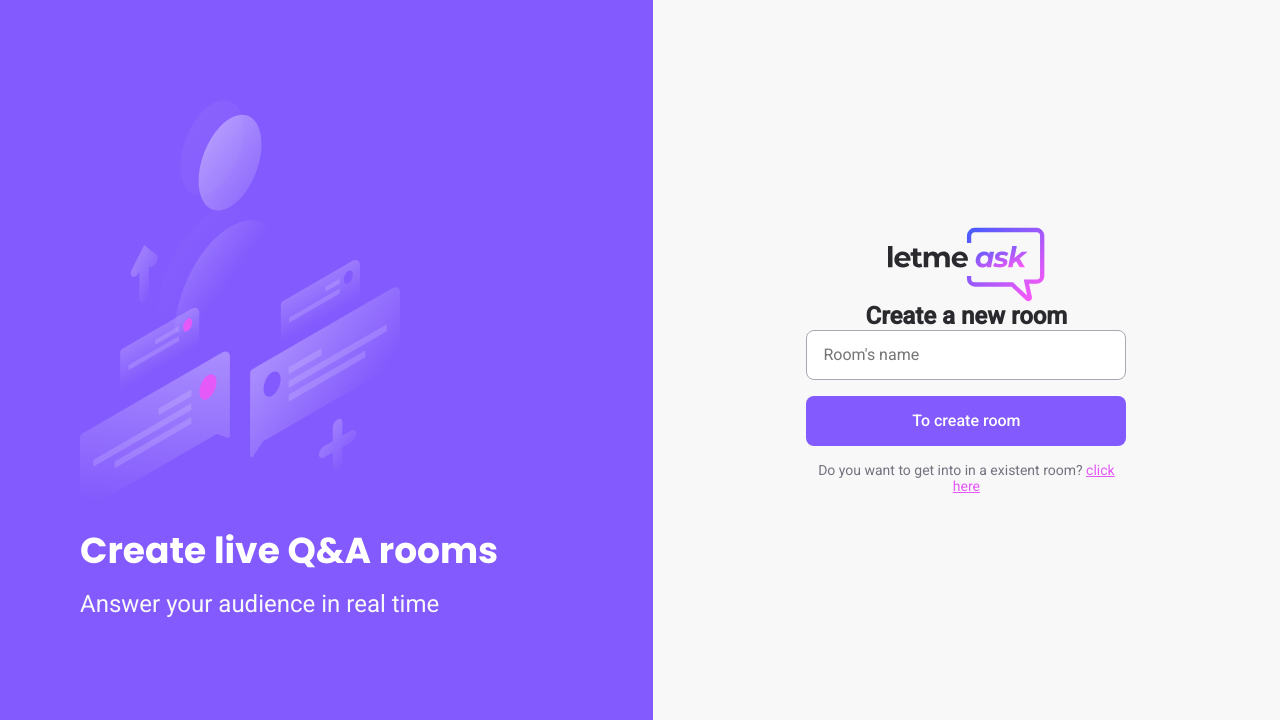
Repository: rickydomingos97/letmeask
Page: /
These files come from the project's save history. The page is drawn as it stood at one moment and after a run of saves; the edit follows.
The browser window is 1280 px wide. The pictures show the whole page.
The project was rebuilt for these pictures with package versions that can differ from the ones it lists, and the page was loaded fresh each time.

Above is the page before, as saved 2021-09-03 16:53:14.

### public/index.html
<!DOCTYPE html>
<html lang="en">
  <head>
    <meta charset="utf-8" />
    <meta name="viewport" content="width=device-width, initial-scale=1" />

    <link rel="preconnect" href="https://fonts.googleapis.com">
    <link rel="preconnect" href="https://fonts.gstatic.com" crossorigin>
    <link href="https://fonts.googleapis.com/css2?family=Poppins:wght@400;700&family=Roboto:wght@400;500&display=swap" rel="stylesheet">

    <title>LetMeAsk</title>
  </head>
  <body>
    <noscript>You need to enable JavaScript to run this app.</noscript>
    <div id="root"></div>
</html>

### src/index.tsx
import React from 'react';
import ReactDOM from 'react-dom';
import App from './App';

import './service/firebase';

import './styles/global.scss';

ReactDOM.render(
  <React.StrictMode>
    <App />
  </React.StrictMode>,
  document.getElementById('root')
);

### src/App.tsx
//import { Home } from './pages/Home';

import { NewRoom } from "./pages/NewRoom";

function App() {
  return (
   <NewRoom />
  );
}

export default App;

### src/service/firebase.ts
//import firebase from 'firebase/app';

import firebase from 'firebase/compat/app';
import 'firebase/compat/auth';
import 'firebase/compat/database';

import 'firebase/auth';
import 'firebase/database';

const firebaseConfig = {
  apiKey: process.env.REACT_APP_API_KEY,
  authDomain: process.env.REACT_APP_AUTH_DOMAIN,
  databaseURL: process.env.REACT_APP_DATABASE_URL,
  projectId: process.env.REACT_APP_PROJECT_ID,
  storageBucket: process.env.REACT_APP_STORAGE_BUCKET,
  messagingSenderId: process.env.REACT_APP_MESSAGING_SENDER_ID,
  appId: process.env.REACT_APP_APP_ID
};

firebase.initializeApp(firebaseConfig);

export const auth = firebase.auth();
export const database = firebase.database();

### src/styles/global.scss
* {
  margin: 0;
  padding: 0;
  box-sizing: border-box;
}

body {
  background: #f8f8f8;
  color: #29292e;

}

body, input, button, textarea {
  font: 400 16px 'Roboto', sans-serif;
}

### src/pages/NewRoom.tsx
import illustrationImg from '../assets/images/illustration.svg';
import logoImg from '../assets/images/logo.svg';
import googleIconImg from '../assets/images/google-icon.svg'

import '../styles/auth.scss';
import { Button } from '../components/Button';

export function NewRoom() {
  return (
    <div id="page-auth">
      <aside>
        <img src={illustrationImg} alt="Ilustracao simbolizando perguntas e respostas" />
        <strong>Create live Q&amp;A rooms</strong>
        <p>Answer your audience in real time</p>
      </aside>
      <main>
        <div className="main-content">
          <img src={logoImg} alt="Letmeask" />
          <h2>Create a new room</h2>

          <form>
            <input
            type="text"
            placeholder="Room's name"
            />
            <Button type="submit">
              To create room
            </Button>
          </form>
          <p>
            Do you want to get into in a existent room? <a href="#">click here</a>
          </p>
        </div>
      </main>
    </div>
  )
}

### src/styles/auth.scss
#page-auth {
  display: flex;
  align-items: stretch;
  height: 100vh;

  aside {
    flex: 7;

    background: #835afd;
    color: #fff;

    display: flex;
    flex-direction: column; // pra ficar um abaixo do outro no aside
    justify-content: center; // verticalmente o conteudo vai ficar ao centro

    padding: 120px 80px;

    img {
      max-width: 320px;
    }

    strong {
      font: 700 36px 'Poppins', sans-serif;
      line-height: 42px;
      margin-top: 16px;
    }

    p {
      font-size: 24px;
      line-height: 32px;
      margin-top: 16px;
      color: #f8f8f8;
    }

  }

  main {
    flex: 8;

    padding: 0 32px;

    display: flex;
    align-items: center;
    justify-content: center;
  }

  .main-content {
    display: flex;
    flex-direction: column;
    width: 100%;
    max-width: 320px;
    align-items: stretch;
    text-align: center;

    // o > usado pra referenciar a img dentro do main.content
  > img {
      align-self: center; // pra nao deixar a imagem esticada
    }

    h2 {

    }
    form {
      input {
        height: 50px;
        border-radius: 8px;
        padding: 0 16px;
        background: #fff;
        border: 1px solid #a8a8b3;
      }

      button {
        margin-top: 16px;
      }

      button, input {
        width: 100%;
      }

    }

    p {
      font-size: 14px;
      color: #737380;
      margin-top: 16px;
    }

    a {
      color: #e559f9;
    }

  }
}

.create-room {
  margin-top: 64px;
  height: 50px;
  border-radius: 8px;
  font-weight: 500;
  background: #ea4335;
  color: #fff;

  display: flex;
  justify-content: center;
  align-items: center;

  cursor: pointer;
  border: 0;

  transition: filter 0.2s;

  img {
    margin-right: 8px;
  }

  &:hover {
    filter: brightness(0.9);
  }
}

.separator {
  font-size: 14px;
  color: #a8a8b3;

  margin: 32px 0; //vertical
  display: flex;
  align-items: center;

  &::before {
    content: ''; // tem de xistir porque se nao nada vai aparecer
    flex: 1;
    height: 1px;
    background: #a8a8b3;
    margin-right: 16px;
  }

  &::after {
    content: ''; // tem de xistir porque se nao nada vai aparecer
    flex: 1;
    height: 1px;
    background: #a8a8b3;
    margin-left: 16px;
  }
}

### src/components/Button.tsx
import { ButtonHTMLAttributes } from 'react'

import '../styles/button.scss';
type ButtonProps = ButtonHTMLAttributes<HTMLButtonElement>

export function Button(props: ButtonProps) {
  return (
    <button className="button" {...props}/>
  )
}

### src/styles/button.scss
.button {
  margin-top: 64px;
  height: 50px;
  border-radius: 8px;
  font-weight: 500;
  background: #835afd;
  color: #fff;
  padding: 0 32px;

  display: flex;
  justify-content: center;
  align-items: center;

  cursor: pointer;
  border: 0;

  transition: filter 0.2s;

  img {
    margin-right: 8px;
  }
  // estilizacao do button quando estiver desabilitado
  &:not(:disabled)hover {
    filter: brightness(0.9);
  }

  &:disabled {
    opacity: 0.6;
    cursor: not-allowed;
  }
}

After the next 9 saves:
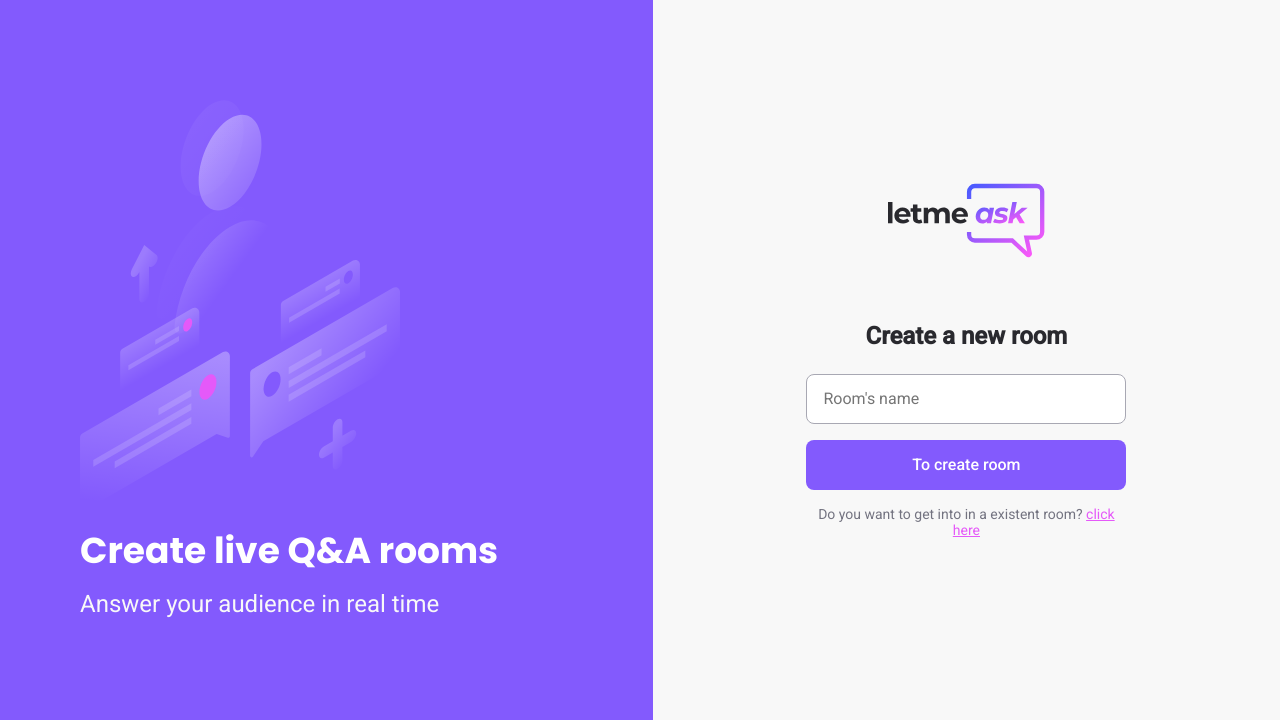
The 9 saves are shown as one change because they came seconds apart.
The last was saved 41 s later.
--- a/src/styles/auth.scss
+++ b/src/styles/auth.scss
@@ -58,8 +58,10 @@
     }
 
     h2 {
+      font-size: 24px;
+      margin: 64px 0 24px;
+    }
 
-    }
     form {
       input {
         height: 50px;
